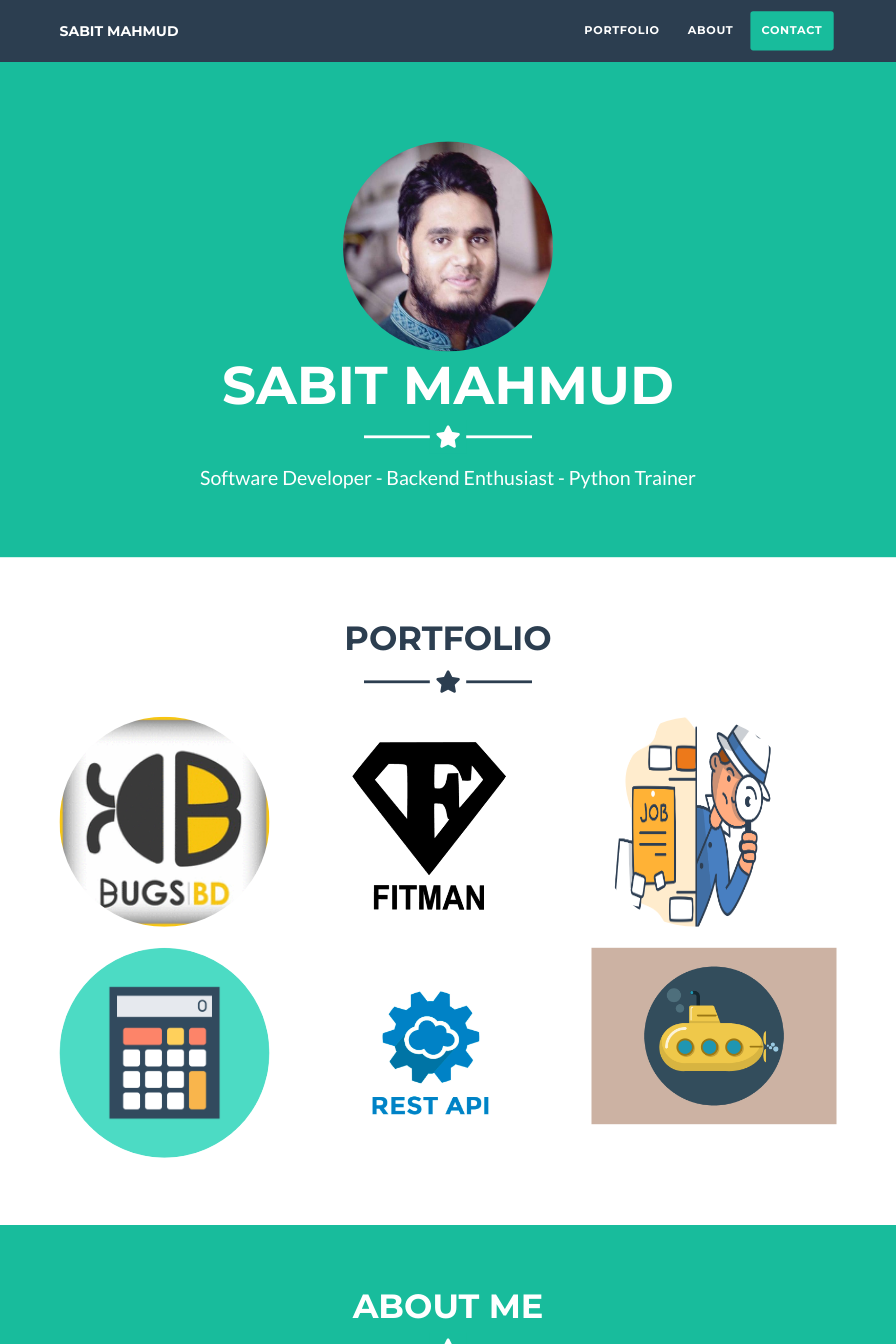
Repository: SabitDeepto/portfolio
Page: index.html
These files come from the project's save history. The page is drawn as it stood at one moment and after the next save; the edit follows.
The browser window is 1280 px wide. The pictures show the part of the page from y = 0 to 1920 px (the page is 3522 px tall), at 70% of full size.

Above is the page before, as saved 2019-04-05 11:00:32.

After the next save:
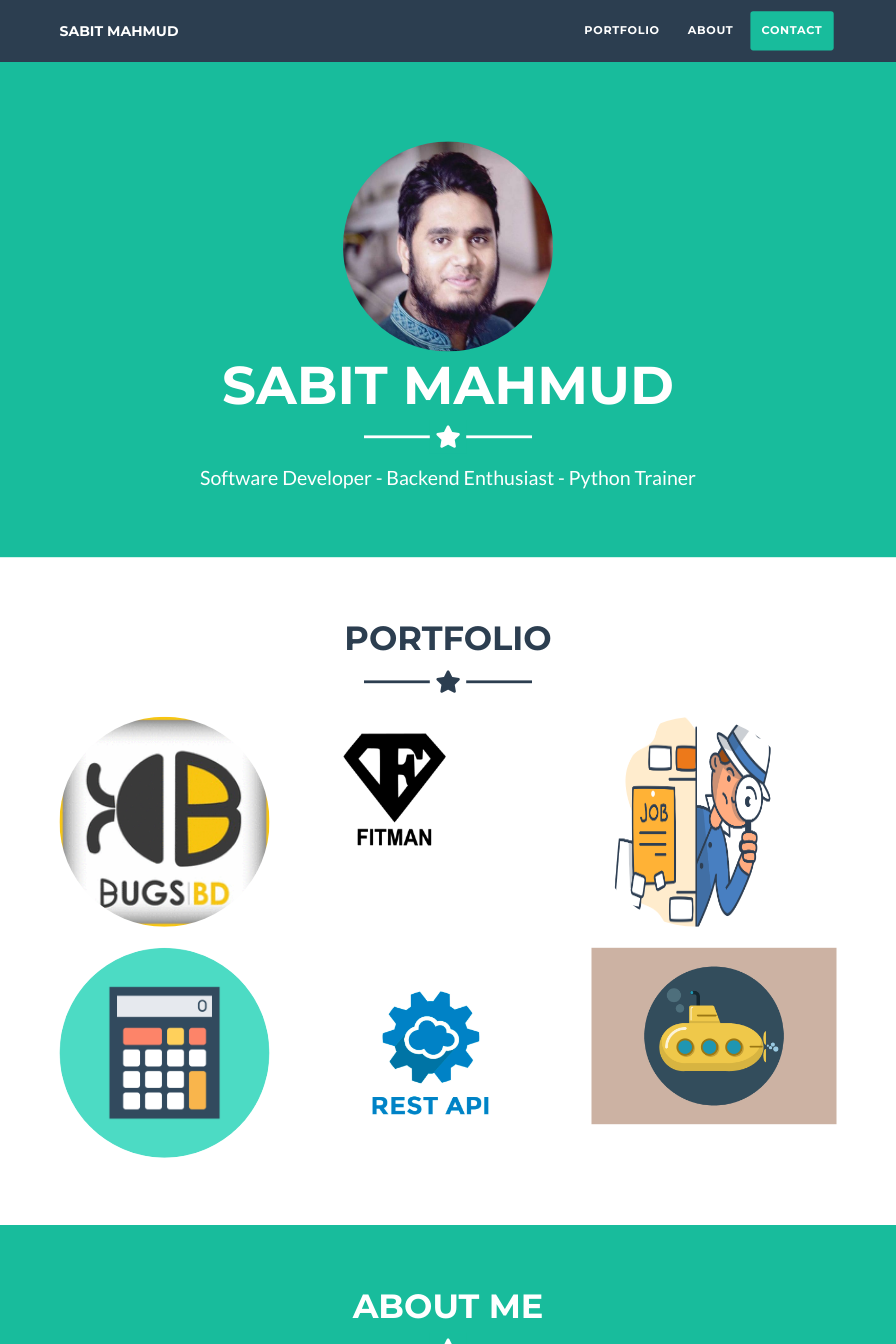
Saved 67 s later.
--- a/index.html
+++ b/index.html
@@ -85,7 +85,7 @@
                 <i class="fas fa-search-plus fa-3x"></i>
               </div>
             </div>
-            <img class="rounded-circle" src="img/portfolio/2.png" height="300px" width="300px" alt="">
+            <img class="rounded-circle" src="img/portfolio/2.png" height="200px" width="200px" alt="">
           </a>
         </div>
         <div class="col-md-6 col-lg-4">

After the save that followed:
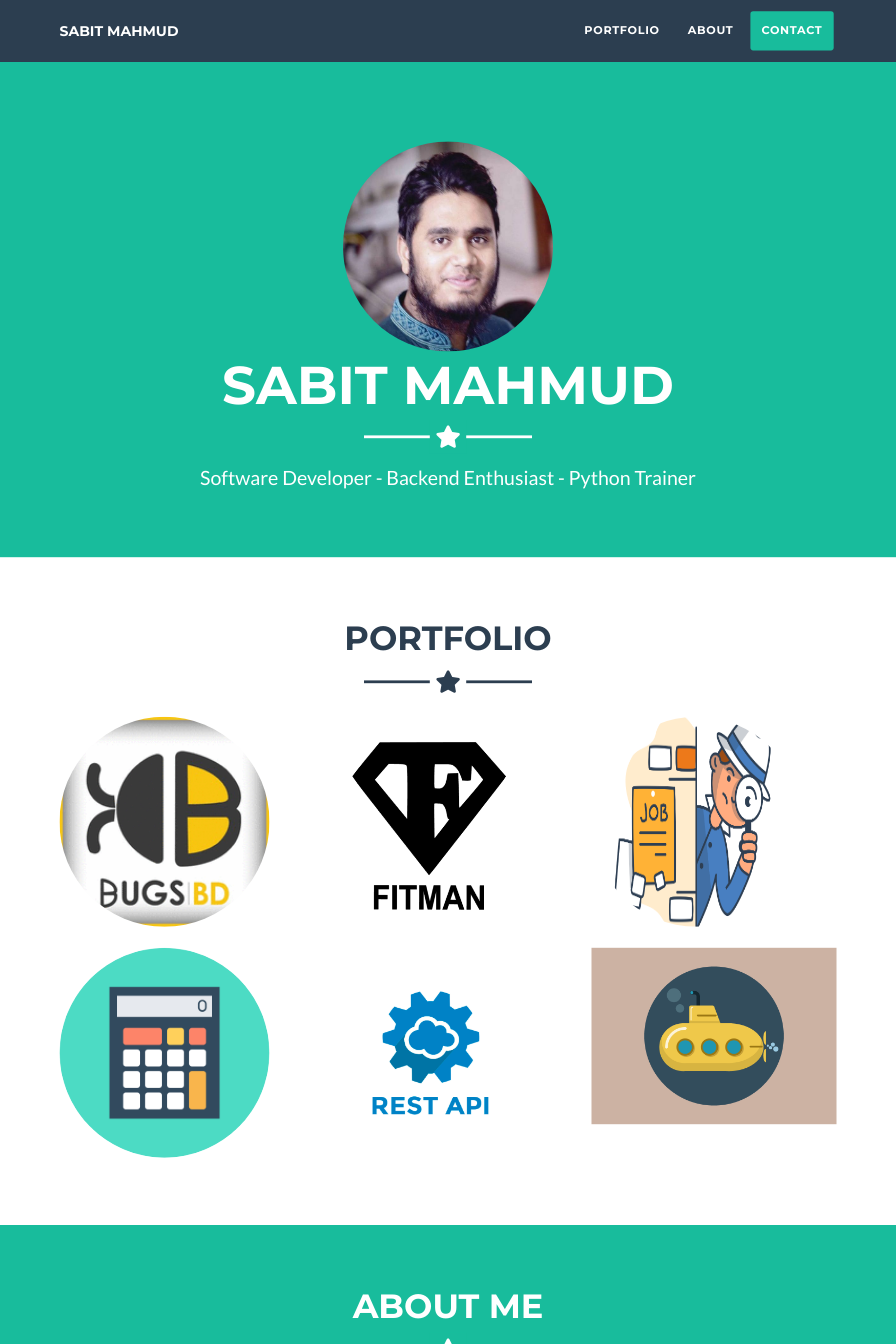
Saved 16 s later.
--- a/index.html
+++ b/index.html
@@ -85,7 +85,7 @@
                 <i class="fas fa-search-plus fa-3x"></i>
               </div>
             </div>
-            <img class="rounded-circle" src="img/portfolio/2.png" height="200px" width="200px" alt="">
+            <img class="rounded-circle" src="img/portfolio/2.png" height="300px" width="300px" alt="">
           </a>
         </div>
         <div class="col-md-6 col-lg-4">
